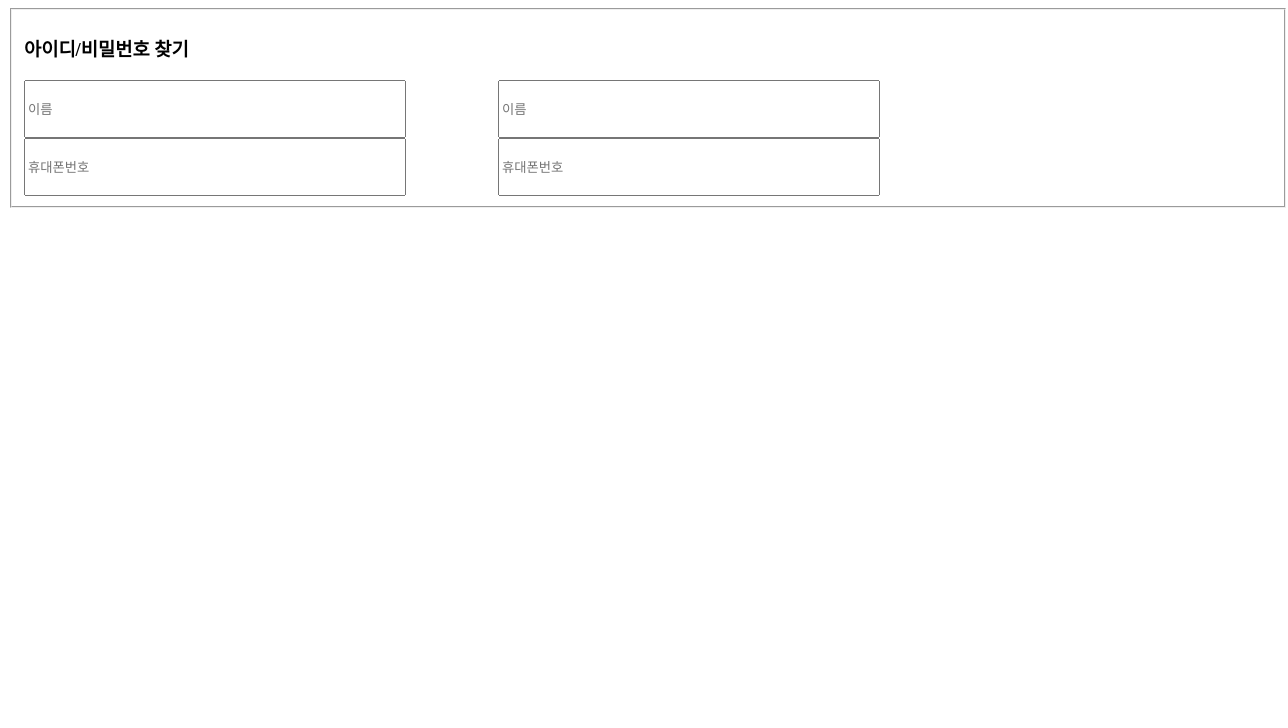
Repository: agheha/trillion
Page: YH/study_project/html/find.html
These files come from the project's save history. The page is drawn as it stood at one moment and after the next save; the edit follows.
The browser window is 1280 px wide. The page is 1288 px wide, so the pictures cover 1288 px, including what lies to the right of the window. The pictures show the whole page.

Above is the page before, as saved 2019-09-04 19:23:10.

### YH/study_project/html/find.html
<!DOCTYPE html>
<html lang="en">
<head>
    <meta charset="UTF-8">
    <meta name="viewport" content="width=device-width, initial-scale=1.0">
    <meta http-equiv="X-UA-Compatible" content="ie=edge">
    <title>Document</title>
    <link rel="stylesheet" href="./../css/find.css">
</head>
<body>
        <fieldset>
            <form action="">
                <h3>아이디/비밀번호 찾기</h3>
                    <div class="row"></div>
                        <div class="inputbox">
                            <div>

                            </div>
                            <input class="form_find"type="text" id="name" placeholder="이름">
                            <input class="form_find"type="text" id="pass" placeholder="휴대폰번호">

                        </div>
                        <div class="inputbox">
                            <input class="form_find"type="text" id="name" placeholder="이름">
                            <input class="form_find"type="text" id="pass" placeholder="휴대폰번호">
                        </div>
                    </div>
                    <!-- <span>
                        <input class="form_find"type="text" id="name" placeholder="이름">
                        <div>
                            <input class="form_find"type="text" id="pass" placeholder="휴대폰번호">
                        </div>
                    </span>
                    <span>
                        <input class="form_find"type="text" id="name" placeholder="이름">
                        <div>
                            <input class="form_find"type="text" id="pass" placeholder="휴대폰번호">
                        </div>
                    </span> -->

                    <span></span>
                    <div class="row"></div>
            </form>

        </fieldset>
</body>
</html>

### YH/study_project/css/find.css
html,body {
    width: 100%;
    height: 100%;
}
section {
    width : 900px;
    margin : 0 auto;
}
section:after {
    content: '';
    display: block;
    clear: both;
}
.form_find {
    /* width : 48%; */
    height: 52px;
}
span {
    width : 25%;
}
.inwrap { width: 100%; }
.inputbox {float: left; margin-right: 100px;}
.inlutbox:first-child {margin-right: 0; }
div input { width: 100%;}

After the next save:
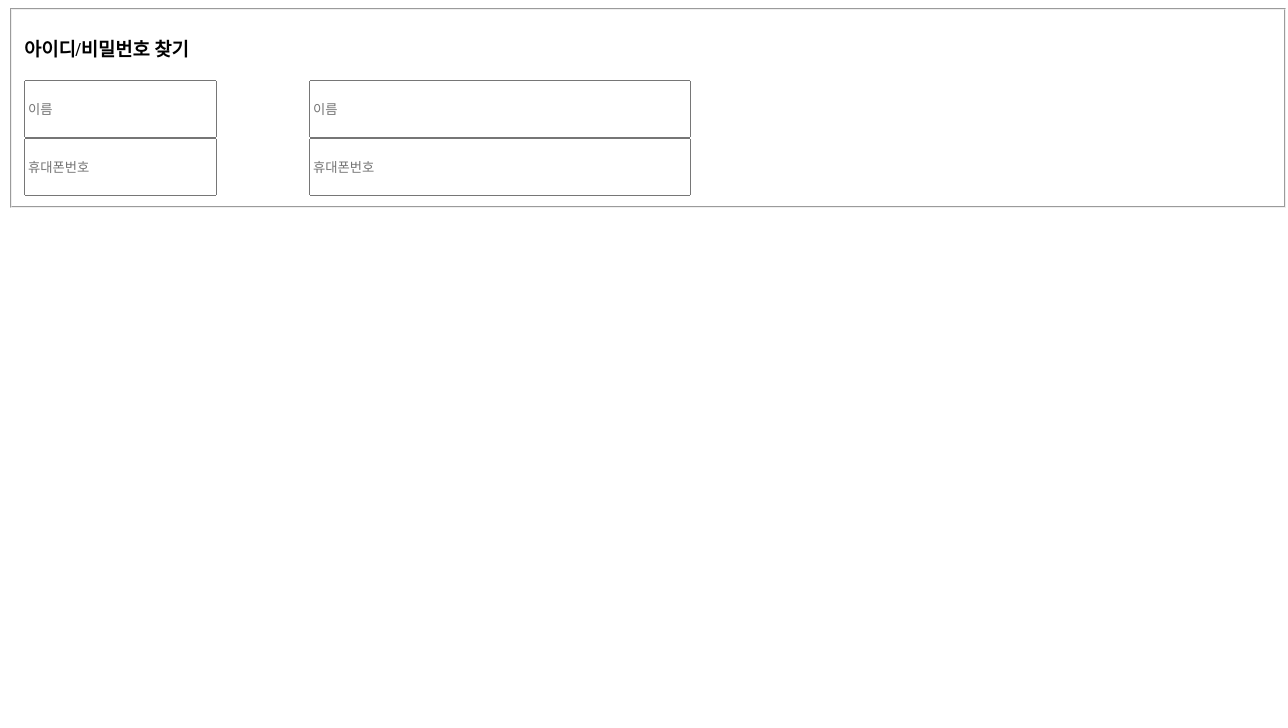
Saved 4 s later.
--- a/YH/study_project/html/find.html
+++ b/YH/study_project/html/find.html
@@ -15,8 +15,8 @@
                         <div class="inputbox">
                             <div>
 
+                                <input class="form_find"type="text" id="name" placeholder="이름">
                             </div>
-                            <input class="form_find"type="text" id="name" placeholder="이름">
                             <input class="form_find"type="text" id="pass" placeholder="휴대폰번호">
 
                         </div>
